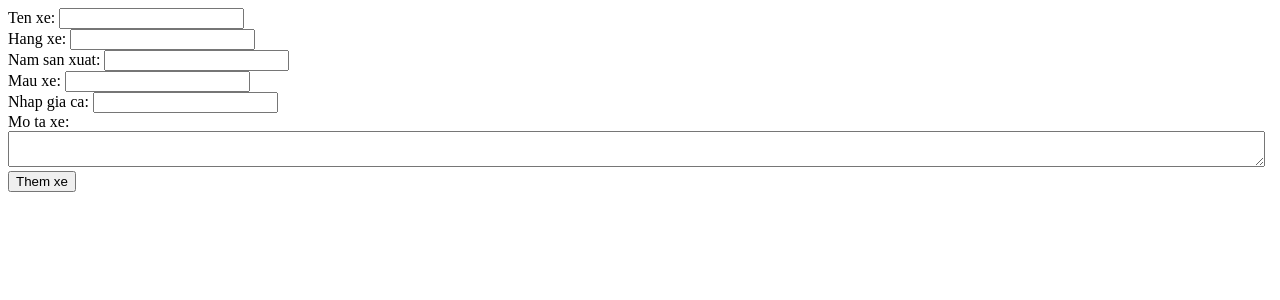
Repository: vule2809/LTW-20146307
Page: http://localhost/A-banxemay/views/product/addProduct.jsp
These files come from the project's save history. The page is drawn as it stood at one moment and after the next save; the edit follows.
The browser window is 1280 px wide. The pictures show the whole page.
The page is served by Tomcat 9. Nobody is signed in. The application's start-up code is not run. Other server files are loaded and not shown.

Above is the page before, as saved 2023-12-05 06:00:03.

### A-banxemay/src/main/webapp/views/product/addProduct.jsp
<%@ page language="java" contentType="text/html; charset=UTF-8"
	pageEncoding="UTF-8"%>
<%@ taglib uri="http://java.sun.com/jsp/jstl/core" prefix="c"%>
<!DOCTYPE html>
<html>
<head>
<meta charset="UTF-8">
<title>ADD MOTORCYCLE</title>
</head>
<body>
	<form action="add" method="post">
		<label>Ten xe:</label> <input type="text" name="ProductName"><br>
		<label>Hang xe:</label> <input type="text" name="Brand"><br>
		<label>Nam san xuat:</label> <input type="text" name="Year"><br>
		<label>Mau xe:</label> <input type="text" name="Color"><br>
		<label>Nhap gia ca:</label> <input type="text" name="Price"><br>
		<label>Mo ta xe:</label> <textarea name="Description" cols="5" class="form-control" style="width:99%;"></textarea><br>
		<input type="submit" value="Them xe">

	</form>

</body>
</html>

After the next save:
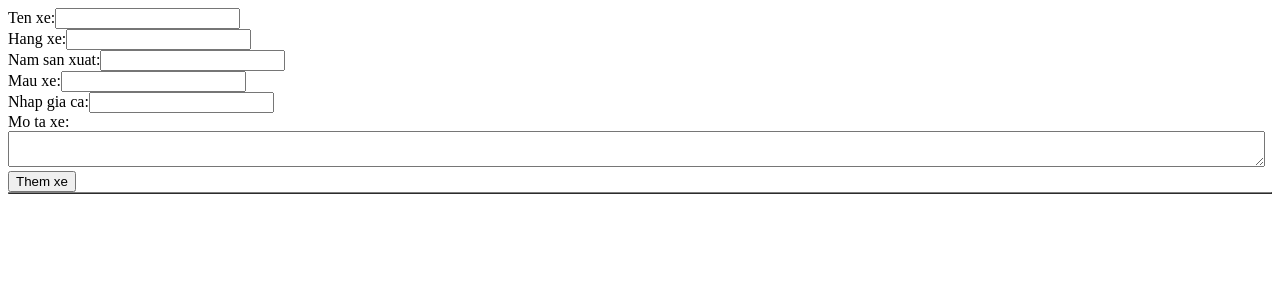
Saved 58 s later.
--- a/A-banxemay/src/main/webapp/views/product/addProduct.jsp
+++ b/A-banxemay/src/main/webapp/views/product/addProduct.jsp
@@ -8,16 +8,19 @@
 <title>ADD MOTORCYCLE</title>
 </head>
 <body>
-	<form action="add" method="post">
-		<label>Ten xe:</label> <input type="text" name="ProductName"><br>
-		<label>Hang xe:</label> <input type="text" name="Brand"><br>
-		<label>Nam san xuat:</label> <input type="text" name="Year"><br>
-		<label>Mau xe:</label> <input type="text" name="Color"><br>
-		<label>Nhap gia ca:</label> <input type="text" name="Price"><br>
-		<label>Mo ta xe:</label> <textarea name="Description" cols="5" class="form-control" style="width:99%;"></textarea><br>
-		<input type="submit" value="Them xe">
-
-	</form>
+	<table border="1" style="width: 100%">
+		<form action="add" method="post">
+			<label>Ten xe:</label> <input type="text" name="ProductName"><br>
+			<label>Hang xe:</label> <input type="text" name="Brand"><br>
+			<label>Nam san xuat:</label> <input type="text" name="Year"><br>
+			<label>Mau xe:</label> <input type="text" name="Color"><br>
+			<label>Nhap gia ca:</label> <input type="text" name="Price"><br>
+			<label>Mo ta xe:</label>
+			<textarea name="Description" cols="5" class="form-control"
+				style="width: 99%;"></textarea>
+			<br> <input type="submit" value="Them xe">
+		</form>
+	</table>
 
 </body>
 </html>
